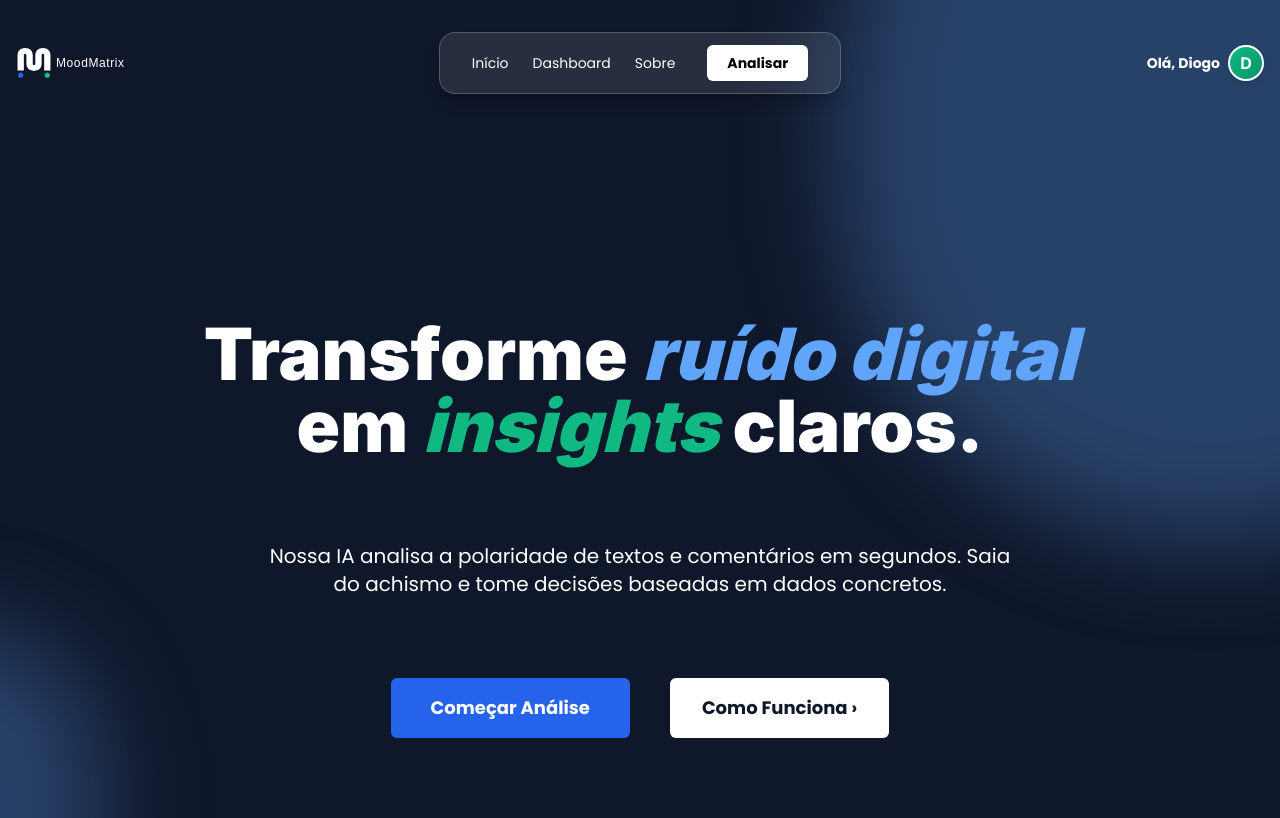
Repository: Hackaton-ONE/hackathon-Frontend
Page: /
These files come from the project's save history. The page is drawn as it stood at one moment and after the next save; the edit follows.
The browser window is 1280 px wide. The pictures show the whole page.
An inner scrolling area shows only its first screen. Some web fonts or font styles are not loaded; a fallback is used. The project was rebuilt for these pictures with package versions that can differ from the ones it lists, and the page was loaded fresh each time. The framework's server and built-in components were replaced by stand-ins that run in the browser. Also part of the build but not shown: next.config.ts.

Above is the page before, as saved 2026-01-02 13:11:51.

After the next save:
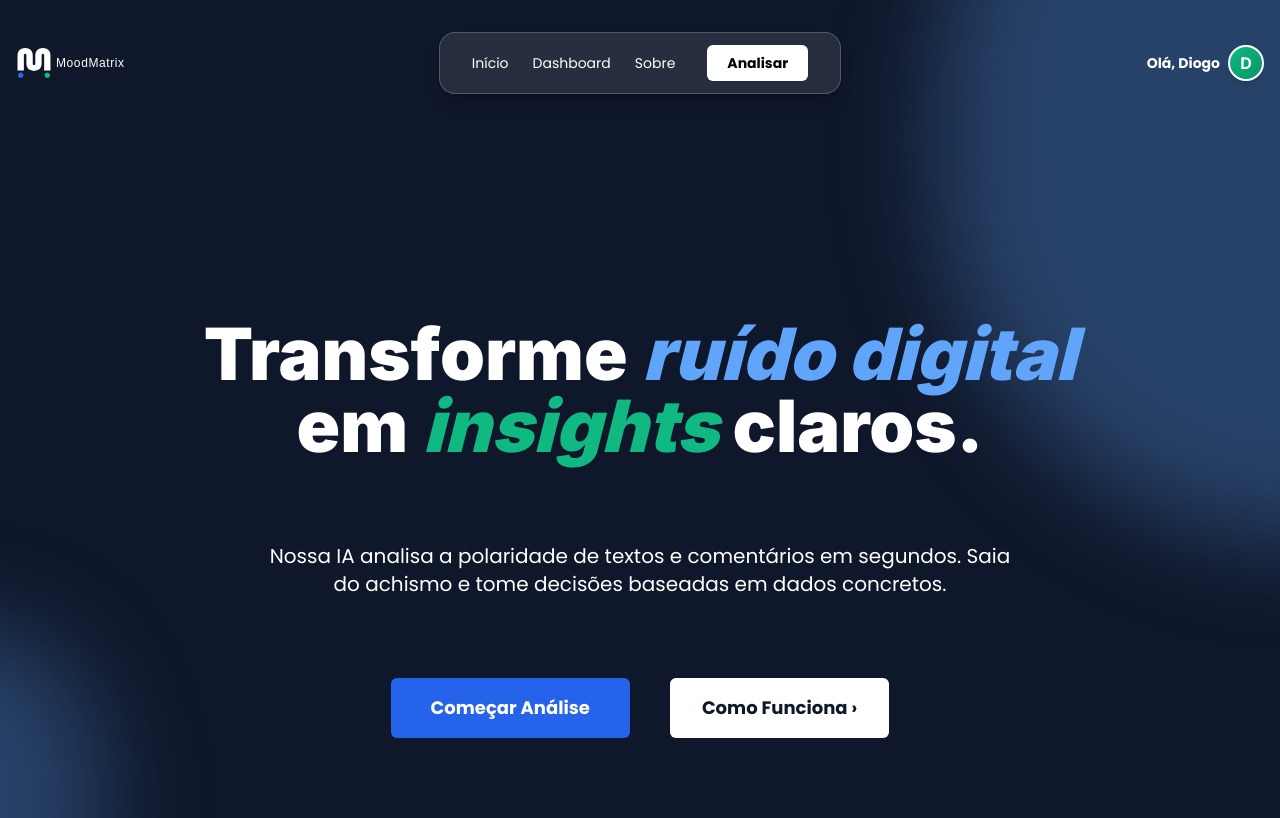
Saved 7 s later.
--- a/components/HeroSection.tsx
+++ b/components/HeroSection.tsx
@@ -19,7 +19,7 @@ export function HeroSection() {
         className="
           absolute
           top-[-500px] lg:top-[-400px] 2xl:top-[-300px]
-          right-[-600px] lg:right-[-300px] 2xl:right-[-300px] /* Ajuste fino para telas diferentes */
+          right-[-600px] lg:right-[-400px] 2xl:right-[-300px] /* Ajuste fino para telas diferentes */
           w-[743px]
           h-[817px]
           bg-blue-light/30
